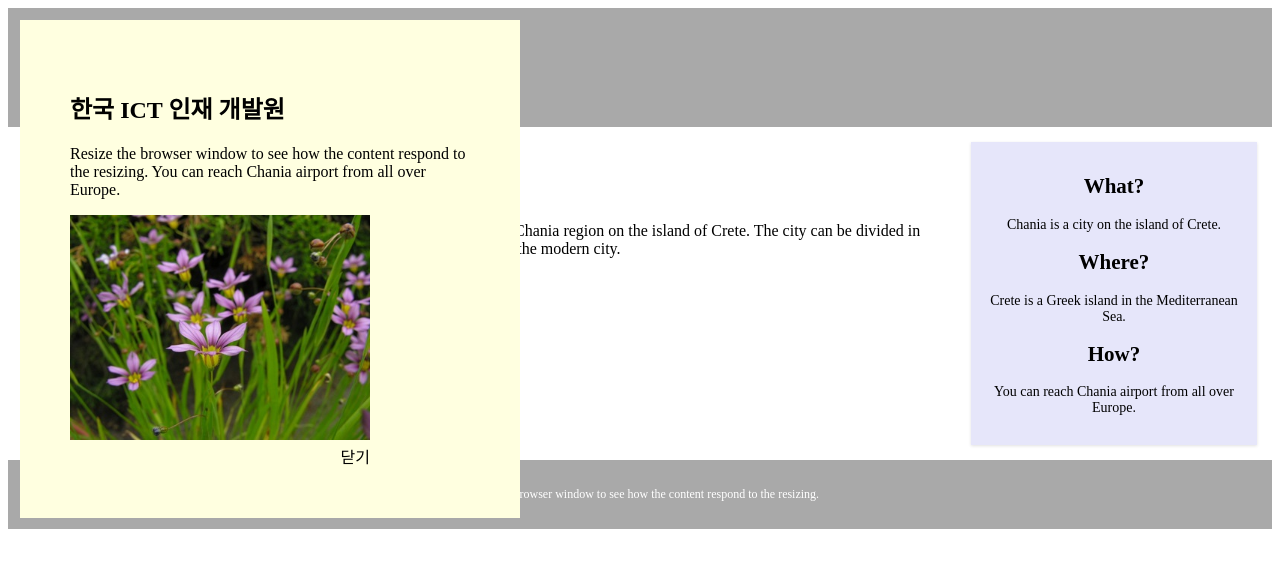
Repository: wjsjsn/23_webstudy
Page: 03_javascript/src/main/webapp/day02/Ex19_event.html
An editor plug-in stored every save of this project. The page is shown before and after a run of saves, followed by the edit.
The browser window is 1280 px wide. The pictures show the whole page.

Above is the page before, as saved 2023-06-28 08:12:37.

### 03_javascript/src/main/webapp/day02/Ex19_event.html
<!DOCTYPE html>
<html>
<head>
<meta charset="UTF-8">
<meta name="viewport" content="width=device width, initial-scale=1.0">
<title>반응형 웹 페이지</title>
<style type="text/css">
* {
	box-sizing: border-box;
}

.header {
	background-color: darkgray;
	color: white;
	padding: 15px;
}

/* ::after => 요소의 컨텐츠 끝 부분에 생성된 컨텐츠를 추가 */
/* ::before => 요소의 컨텐츠 시작 부분에 생성된 컨텐츠를 추가 */
/* content : "" ; => after와 before가 함께 쓰이는 content는 가짜 속성임 */
.row::after {
	content: "" ;
	clear: both;  /* float:left 해제 */
	display: block;
}

.footer {
	/*clear: both;   float:left 해제 */
	background-color: darkgray;
	color: white;
	text-align: center;
	font-size: 12px;
	padding: 15px;
}

.menu ul {
	list-style-type: none;
	margin: 0;
	padding: 0;
}

.menu li {
	padding: 8px;
	margin-bottom: 7px;
	background-color: lavender;
	box-shadow: 0 1px 3px rgba(0, 0, 0, 0.12);
}

.menu li:hover {
	background-color: snow;
	color: tomato;
}

[class *="col-"] {
	float: left;
	padding: 15px;
}

.aside {
	background-color: lavender;
	padding: 15px;
	text-align: center;
	font-size: 14px;
	box-shadow: 0 1px 3px rgba(0, 0, 0, 0.12);
}

.col-1 {width: 8.33%;}
.col-2 {width: 16.66%;}
.col-3 {width: 25%;}
.col-4 {width: 33.33%;}
.col-5 {width: 41.66%;}
.col-6 {width: 50%;}
.col-7 {width: 58.33%;}
.col-8 {width: 66.66%;}
.col-9 {width: 75%;}
.col-10 {width: 83.33%;}
.col-11 {width: 91.66%;}
.col-12 {width: 100%;}

@media only screen and (max-width: 760px) {
	[class *="col-"] {
    width: 100%;
	}
}

div#popup {
	width: 500px;
	height: auto;
	position: fixed;
	top: 20px;
	left: 20px;
	overflow: hidden;
	background-color: lightyellow;
	padding: 50px;
	}
</style>
<script type="text/javascript">
function closed() {

}

</script>
</head>
<body>
	<div class="header">
		<h1>한국 ICT 인재 개발원</h1>
	</div>
	<div class="row">
		<div class="col-3 menu">
			<ul>
				<li>The Flight</li>
				<li>The City</li>
				<li>The Island</li>
				<li>The Food</li>
			</ul>
		</div>
		<div class="col-6">
			<h1>The City</h1>
			<p>Chania is the capital of the Chania region on the island of Crete.
			     The city can be divided in two parts, the old town and the modern city.</p>
		</div>
		<div class="col-3 right">
			<div class="aside">
				<h2>What?</h2>
				<p>Chania is a city on the island of Crete.</p>
				<h2>Where?</h2>
				<p>Crete is a Greek island in the Mediterranean Sea.</p>
				<h2>How?</h2>
				<p>You can reach Chania airport from all over Europe.</p>
			</div>
		</div>
	</div>
	<div class="footer">
		<p>Resize the browser window to see how the content respond to the resizing.</p>
	</div>
	<div id="popup">
		<h2>한국 ICT 인재 개발원</h2>
		<p>Resize the browser window to see how the content respond to the resizing.
		You can reach Chania airport from all over Europe.</p>
		<img src="../images/flower.jpg" width="300px;">
		<div style="text-align: right; margin-right: 100px;"><span onclick="closed()">닫기</span></div>
	</div>
</body>
</html>

After the next 2 saves:
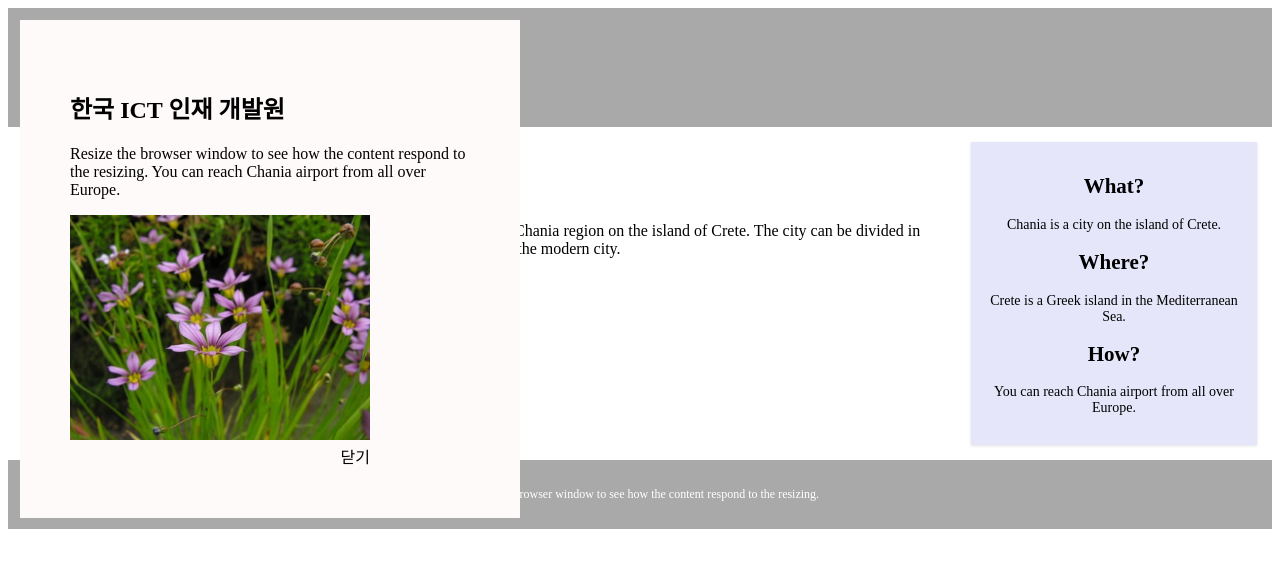
The 2 saves are shown as one change because they came seconds apart.
The last was saved 39 s later.
--- a/03_javascript/src/main/webapp/day02/Ex19_event.html
+++ b/03_javascript/src/main/webapp/day02/Ex19_event.html
@@ -90,15 +90,14 @@ div#popup {
 	top: 20px;
 	left: 20px;
 	overflow: hidden;
-	background-color: lightyellow;
+	background-color: snow;
 	padding: 50px;
 	}
 </style>
 <script type="text/javascript">
 function closed() {
-
+	document.getElementById("popup").style.display = "none";
 }
-
 </script>
 </head>
 <body>
